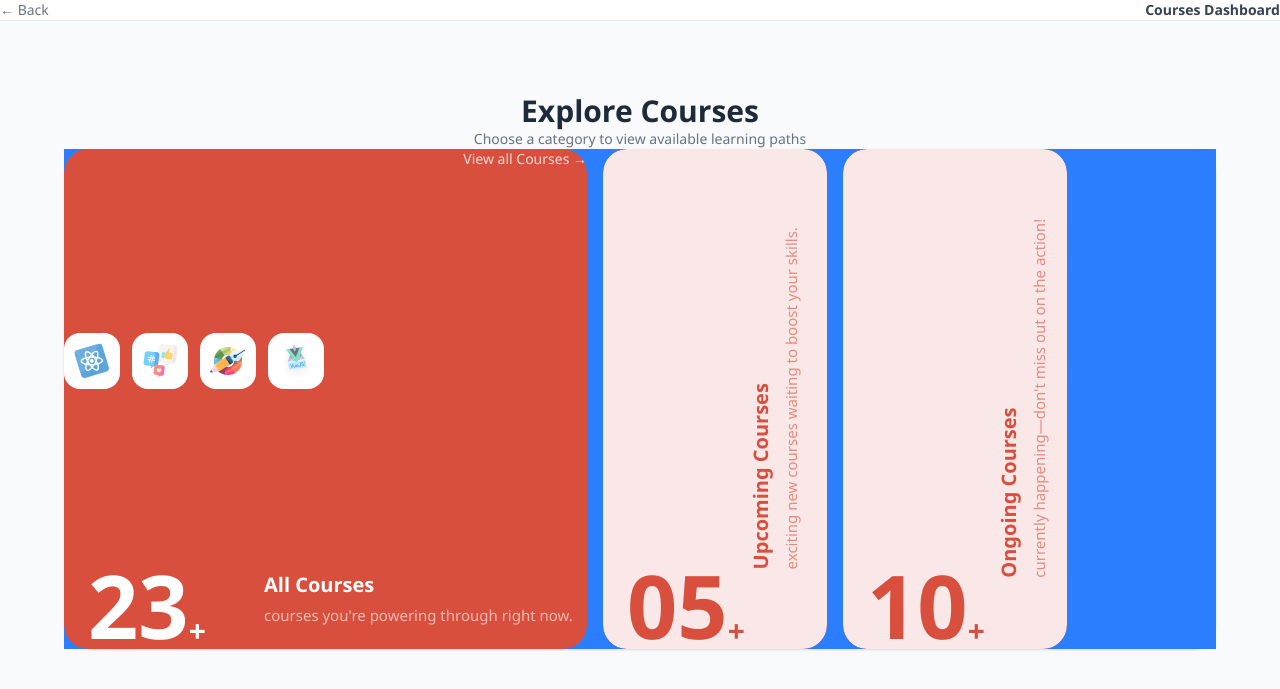
Repository: RahulRajKhadka/nextjs-dashboard-app
Page: /task2
These files come from the project's save history. The page is drawn as it stood at one moment and after the next save; the edit follows.
The browser window is 1280 px wide. The pictures show the whole page.
The project was rebuilt for these pictures with package versions that can differ from the ones it lists, and the page was loaded fresh each time. The framework's server and built-in components were replaced by stand-ins that run in the browser. Also part of the build but not shown: next.config.ts.

Above is the page before, as saved 2026-04-10 12:48:37.

After the next save:
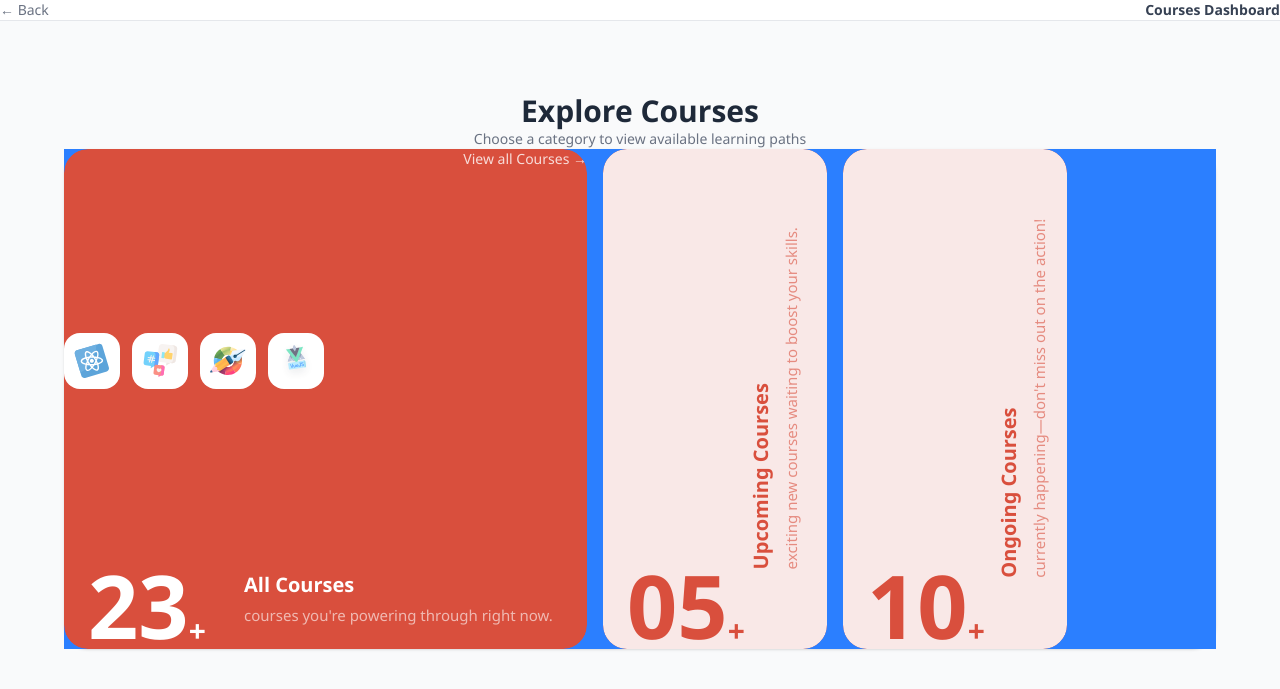
Saved 23 s later.
--- a/src/components/task2/CourseCard.tsx
+++ b/src/components/task2/CourseCard.tsx
@@ -87,7 +87,7 @@ export default function CourseCard({
         },
         {
           rotation: 0,
-          x: 200,
+          x: 180,
           y: 200,
           color: "#ffffff",
           duration: 2,
